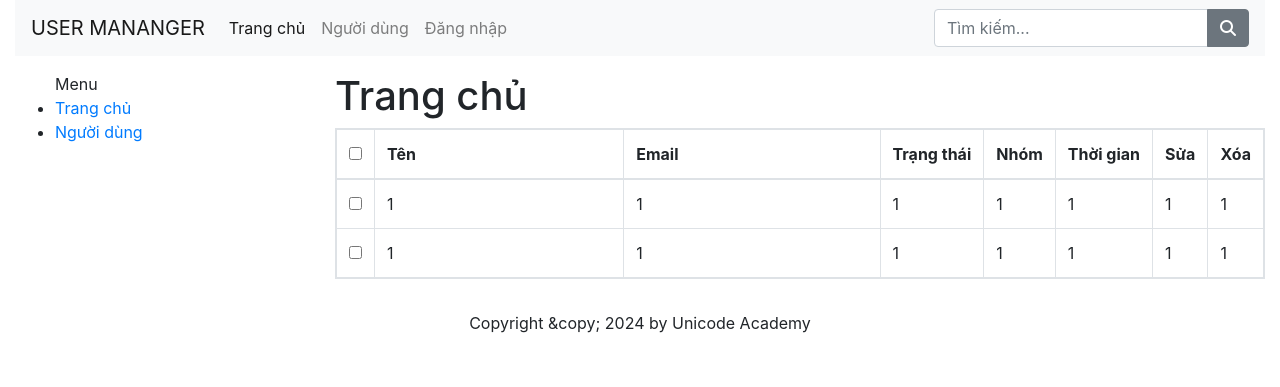
Repository: tam1512/USER_MANAGERMENT_MVC
Page: http://localhost/nguoi-dung
These files come from the project's save history. The page is drawn as it stood at one moment and after the next save; the edit follows.
The browser window is 1280 px wide. The pictures show the whole page.
The page is run by PHP 8.4 with error messages shown; the project is at /var/www/html/.

Above is the page before, as saved 2024-04-04 16:39:36.

After the next save:
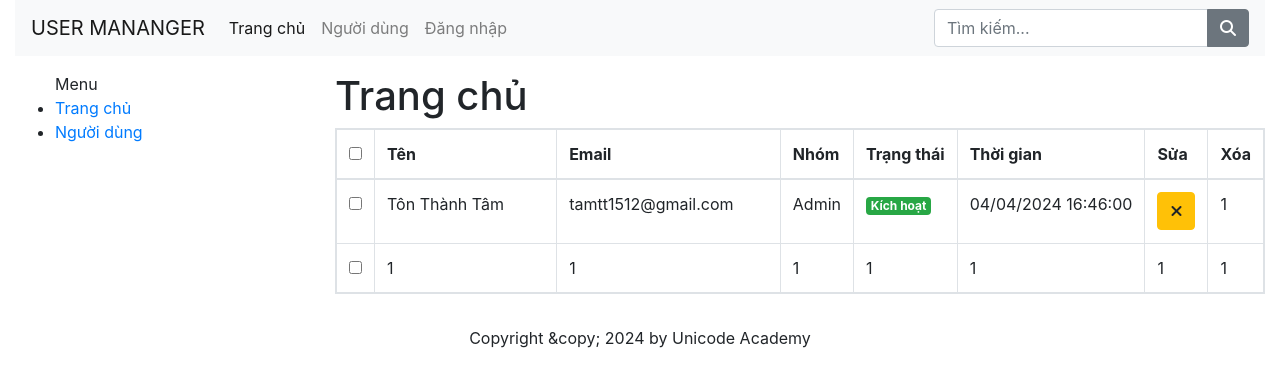
Saved 8 min 47 s later.
--- a/app/views/user/index.php
+++ b/app/views/user/index.php
@@ -6,8 +6,8 @@
             <th><input type="checkbox" name="chooseUser" id="checkAllUser"></th>
             <th width="50%">Tên</th>
             <th width="50%">Email</th>
+            <th>Nhóm</th>
             <th>Trạng thái</th>
-            <th>Nhóm</th>
             <th>Thời gian</th>
             <th>Sửa</th>
             <th>Xóa</th>
@@ -16,12 +16,12 @@
       <tbody>
          <tr>
             <td><input type="checkbox" name="" id=""></td>
-            <td>1</td>
-            <td>1</td>
-            <td>1</td>
-            <td>1</td>
-            <td>1</td>
-            <td>1</td>
+            <td>Tôn Thành Tâm</td>
+            <td>tamtt1512@gmail.com</td>
+            <td>Admin</td>
+            <td><p class="badge badge-success">Kích hoạt</p></td>
+            <td>04/04/2024 16:46:00</td>
+            <td><a href="#" class="btn btn-warning"><i class="fa fa-times"></i></a></td>
             <td>1</td>
          </tr>
          <tr>
